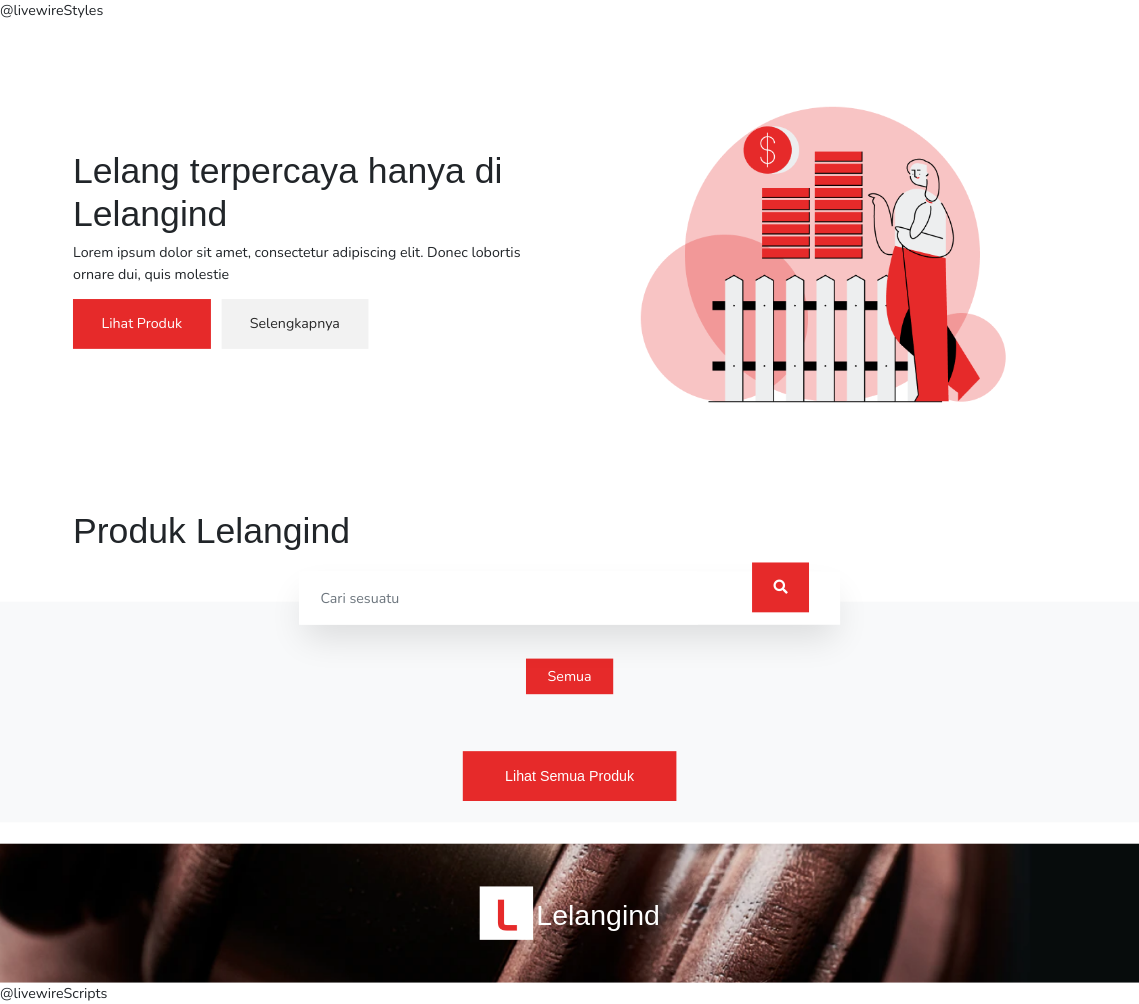
Repository: khulqu15/lelangyuk
Page: http://localhost/
An editor plug-in stored every save of this project. The page is shown before and after the next save, followed by the edit.
The browser window is 1280 px wide. The pictures show the whole page, at 89% of full size.
Backgrounds fixed to the window are drawn as part of the page. Some web fonts or font styles are not loaded; a fallback is used. The page is served by the project's Laravel application, run on PHP 8.4 with Laravel 8. Queries for data that is not in the repository find no rows.

Above is the page before, as saved 2021-02-15 16:02:23.

After the next save:
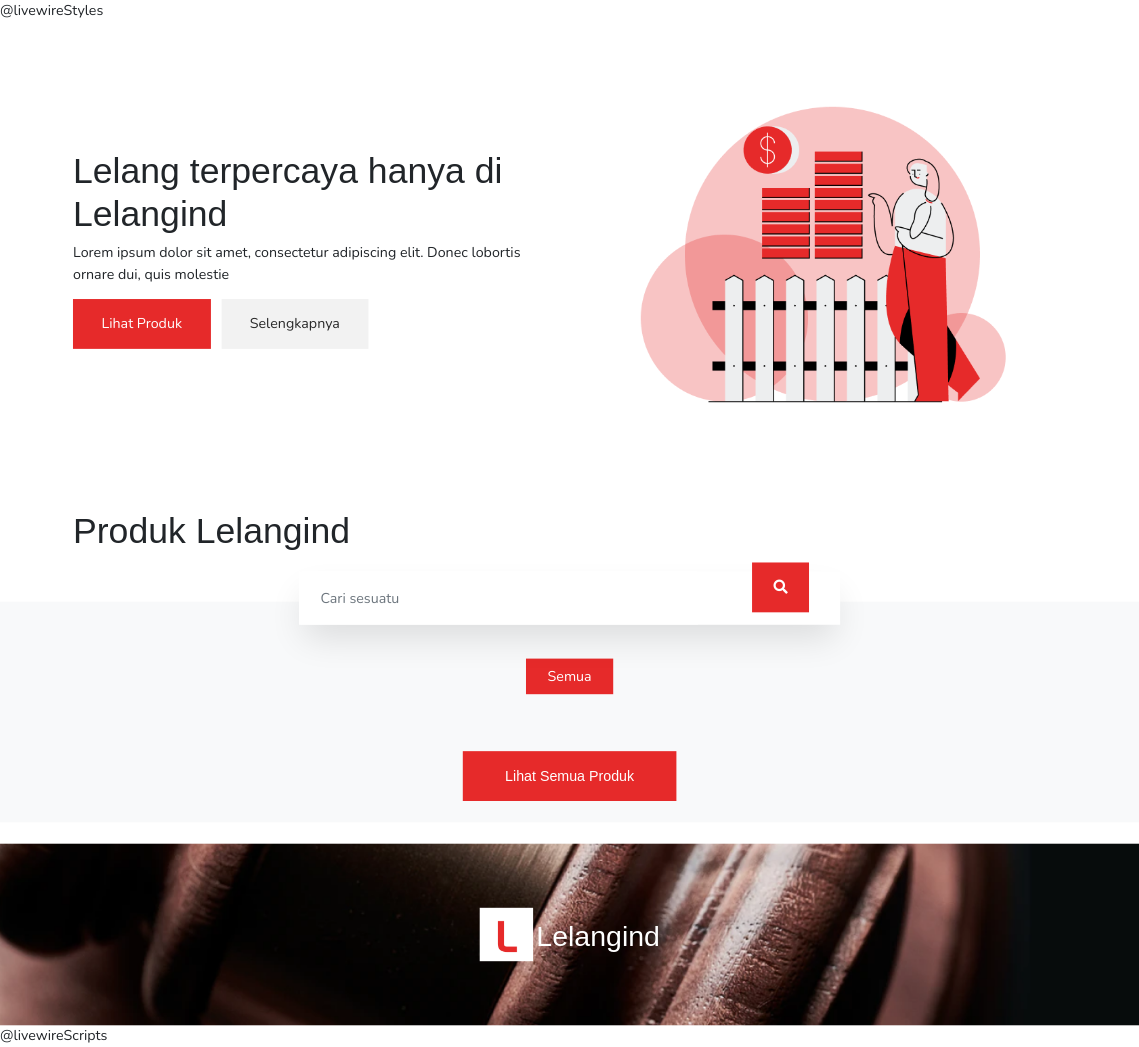
Saved 55 s later.
--- a/resources/views/welcome.blade.php
+++ b/resources/views/welcome.blade.php
@@ -89,7 +89,7 @@
 </div>
 
 <div class="container-fluid py-5 bg-hammer-bottom">
-    <div class="row">
+    <div class="row py-4">
         <div class="col-md-8 offset-md-2 text-center">
             <img src="{{ asset('img/logo-white.png') }}" class="d-inline-block" width="60px" alt="Logo">
             <h2 class="viga d-inline-block text-white mb-0 position-relative" style="top: 9px">Lelangind</h2>
@@ -97,4 +97,6 @@
     </div>
 </div>
 
+<div class="container-fluid"></div>
+
 @endsection
